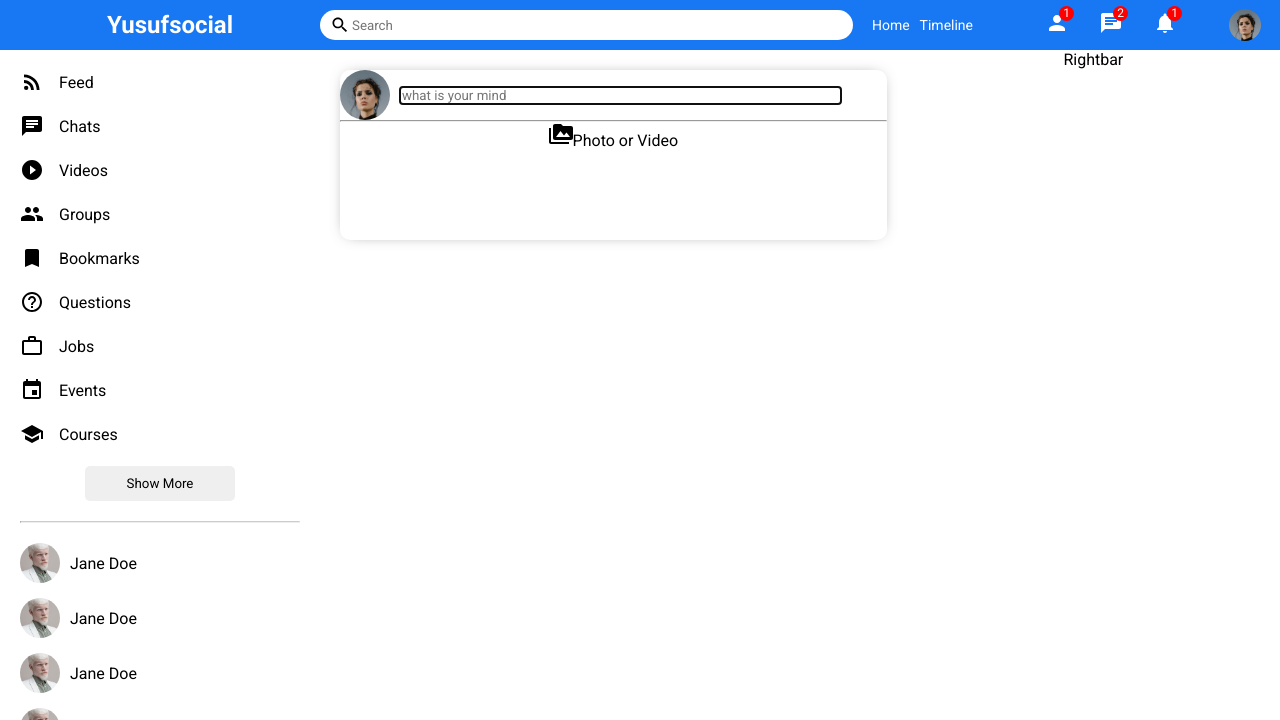
Repository: sevilgenysf/socialmediaapp
Page: /
The author's editor kept a copy of each file at every save. The page is drawn from the files as they stood at one save, then again after the next save.
The browser window is 1280 px wide. The pictures show the whole page.
The first visible `.shareInput` has the focus.
The project was rebuilt for these pictures with package versions that can differ from the ones it lists, and the page was loaded fresh each time.

Above is the page before, as saved 2022-02-17 10:01:58.

After the next save:
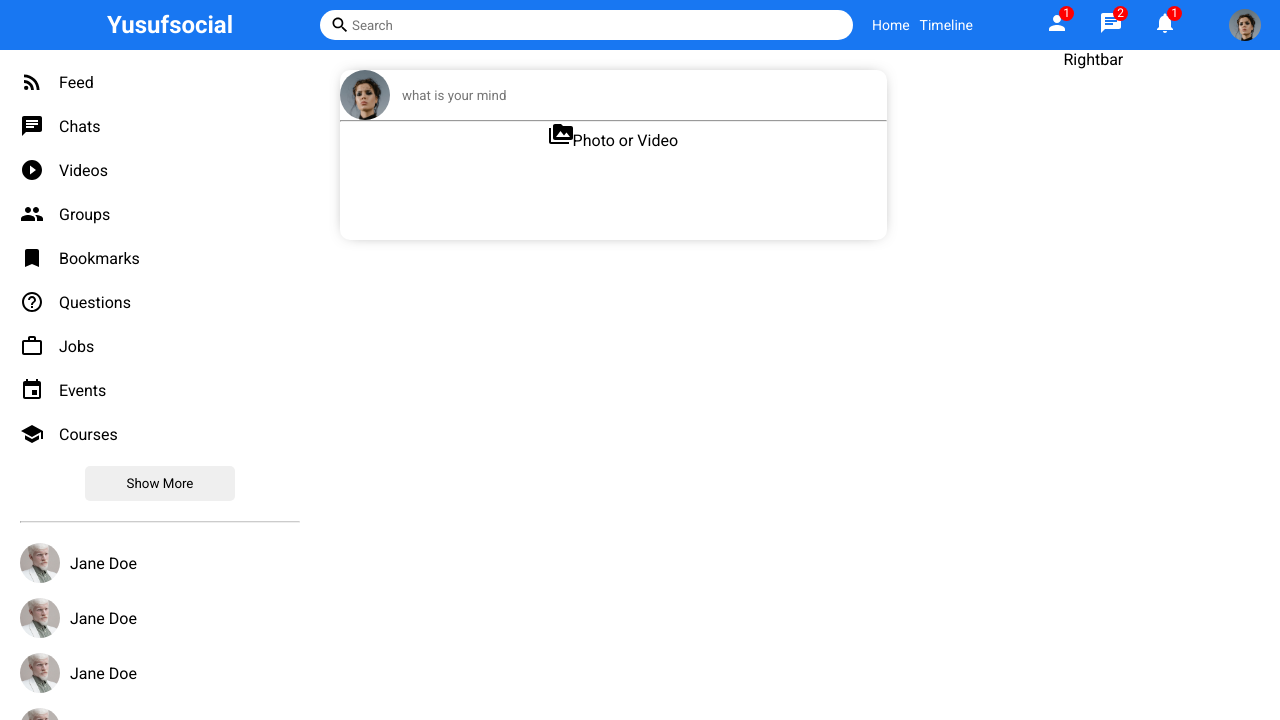
Saved 22 s later.
--- a/src/components/share/share.css
+++ b/src/components/share/share.css
@@ -27,3 +27,7 @@
 	border: none;
 	width: 80%;
 }
+
+.shareInput:focus {
+	outline: none;
+}
